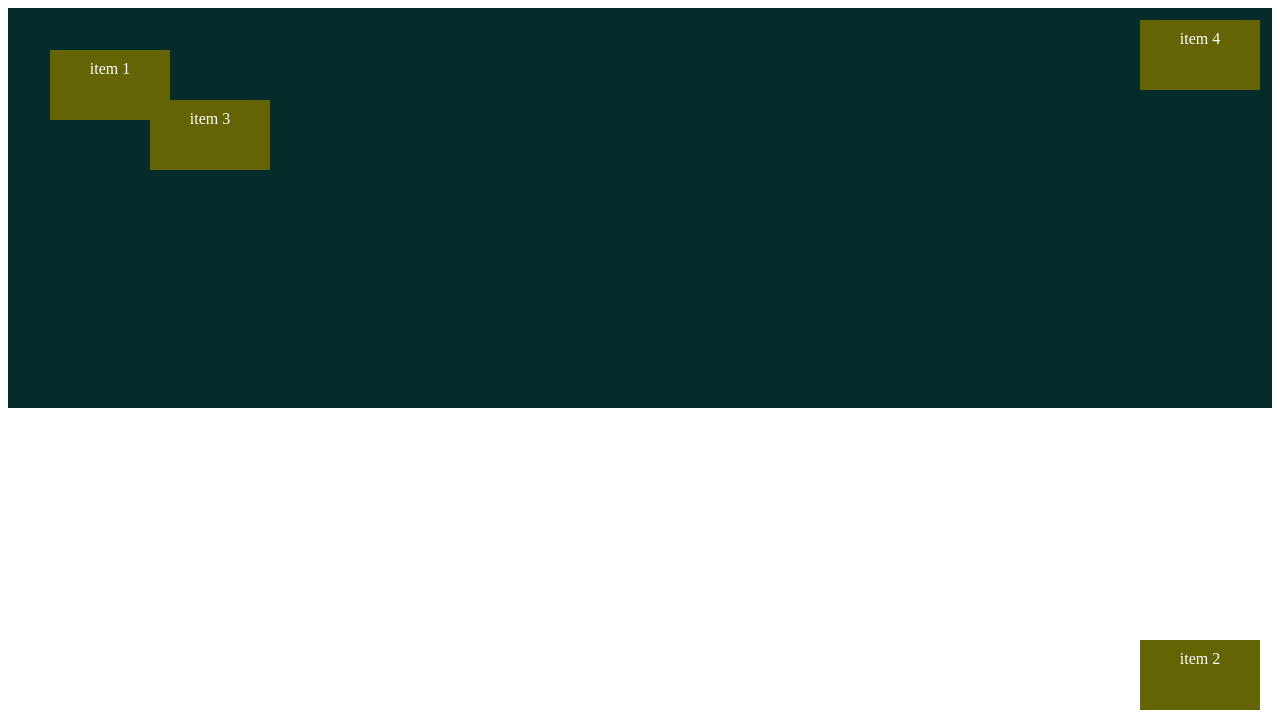
Repository: nmaury/TpsCambodge
Page: InternetProgramming/Css/sample.html
An editor plug-in stored every save of this project. The page is shown before and after the next save, followed by the edit.
The browser window is 1280 px wide. The pictures show the whole page.

Above is the page before, as saved 2022-12-06 02:19:33.

### InternetProgramming/Css/sample.html
<!DOCTYPE html>
<html>
<head>
    <link rel="stylesheet" href="sample.css">
</head>
<body>
    <div class="parent">
        <div class="item item1">item 1
        </div>
        <div class="item item2">item 2
        </div>
        <div class="item item3">item 3
        </div>
        <div class="item item4">item 4
        </div>
    </div>
</body>
</html>

### InternetProgramming/Css/sample.css
.item{
    background-color: rgb(100,100,4);
    padding : 10px;
    width: 100px;
    height: 50px;
    color: white;
    text-align: center;
    position: absolute;
}
.item1{
    left: 50px;
    top: 50px;
}
.item2{
    right: 20px;
    bottom: 10px;
}
.item3{
    left: 150px;
    top: 100px;
}
.item4{
    position: fixed;
    right: 20px;
    top: 20px;
}
.parent{
    background-color: rgb(6,43,43);
    width: 100%;
    height: 400px;
}

After the next save:
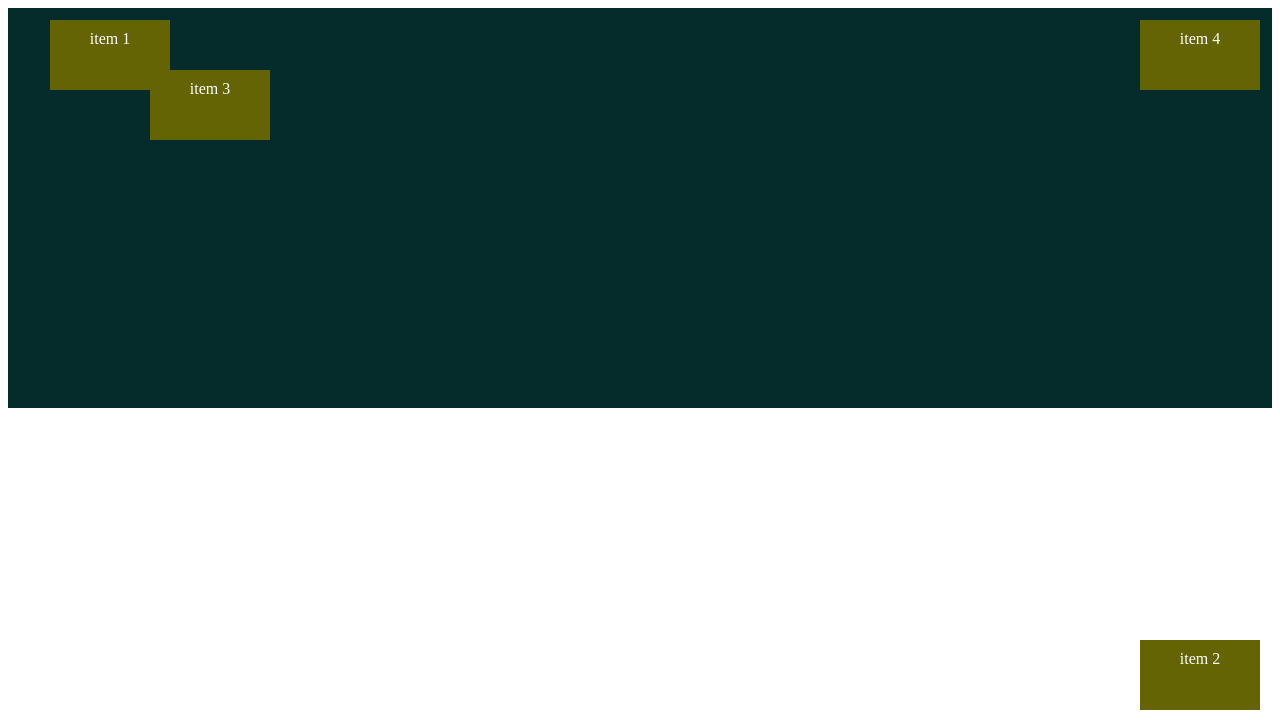
Saved 39 s later.
--- a/InternetProgramming/Css/sample.css
+++ b/InternetProgramming/Css/sample.css
@@ -9,7 +9,7 @@
 }
 .item1{
     left: 50px;
-    top: 50px;
+    top: 20px;
 }
 .item2{
     right: 20px;
@@ -17,7 +17,7 @@
 }
 .item3{
     left: 150px;
-    top: 100px;
+    top: 70px;
 }
 .item4{
     position: fixed;
